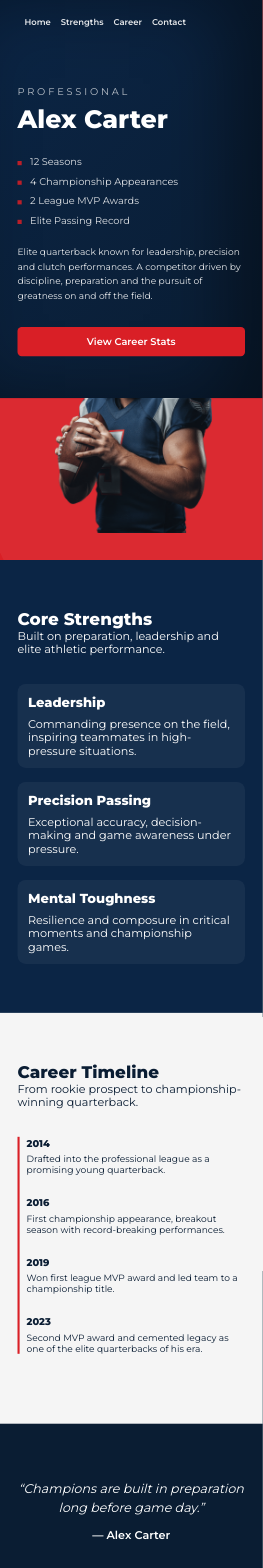
Repository: davidfsillva/Alex-Carter
Page: index.html
The author's editor kept a copy of each file at every save. The page is drawn from the files as they stood at one save, then again after a run of saves.
The browser window is 375 px wide. The pictures show the part of the page from y = 0 to 2240 px (the page is 2624 px tall before and 2630 px after), at 70% of full size.

Above is the page before, as saved 2026-02-12 14:49:00.

### index.html
<!DOCTYPE html>
<html lang="en">
<head>
  <meta charset="UTF-8" />
  <meta name="viewport" content="width=device-width, initial-scale=1.0"/>
  <title>Alex Carter | Professional Quarterback</title>
  <link rel="stylesheet" href="style.css" />
  <link rel="preconnect" href="https://fonts.googleapis.com">
  <link rel="preconnect" href="https://fonts.gstatic.com" crossorigin>
  <link href="https://fonts.googleapis.com/css2?family=Montserrat:wght@400;600;800&display=swap" rel="stylesheet">
</head>
<body>

<!-- NAVBAR -->
<header class="navbar">
  <nav>
    <a href="#">Home</a>
    <a href="#skills">Strengths</a>
    <a href="#career">Career</a>
    <a href="#contact">Contact</a>
  </nav>
</header>

<!-- HERO -->
<section class="hero">
  <div class="hero-left">
    <span class="tag">PROFESSIONAL</span>
    <h1>Alex Carter</h1>

    <ul class="stats">
      <li>12 Seasons</li>
      <li>4 Championship Appearances</li>
      <li>2 League MVP Awards</li>
      <li>Elite Passing Record</li>
    </ul>

    <p class="description">
      Elite quarterback known for leadership, precision and clutch performances.
      A competitor driven by discipline, preparation and the pursuit of greatness
      on and off the field.
    </p>

    <button class="cta" onclick="window.location.href='Alex_Carter_Stats.pdf'">
      View Career Stats
    </button>

  </div>

  <div class="hero-right">
    <img src="img/spbw.png" alt="Alex Carter Quarterback">
  </div>
</section>

<!-- STRENGTHS SECTION -->
<section id="skills" class="section dark">
  <div class="container">
    <h2>Core Strengths</h2>
    <p>Built on preparation, leadership and elite athletic performance.</p>

    <div class="grid">
      <div class="card">
        <h3>Leadership</h3>
        <p>Commanding presence on the field, inspiring teammates in high-pressure situations.</p>
      </div>

      <div class="card">
        <h3>Precision Passing</h3>
        <p>Exceptional accuracy, decision-making and game awareness under pressure.</p>
      </div>

      <div class="card">
        <h3>Mental Toughness</h3>
        <p>Resilience and composure in critical moments and championship games.</p>
      </div>
    </div>
  </div>
</section>

<!-- CAREER SECTION -->
<section id="career" class="section light">
  <div class="container">
    <h2>Career Timeline</h2>

    <p>From rookie prospect to championship-winning quarterback.</p>

    <div class="timeline">
      <div class="timeline-item">
        <h4>2014</h4>
        <p>Drafted into the professional league as a promising young quarterback.</p>
      </div>

      <div class="timeline-item">
        <h4>2016</h4>
        <p>First championship appearance, breakout season with record-breaking performances.</p>
      </div>

      <div class="timeline-item">
        <h4>2019</h4>
        <p>Won first league MVP award and led team to a championship title.</p>
      </div>

      <div class="timeline-item">
        <h4>2023</h4>
        <p>Second MVP award and cemented legacy as one of the elite quarterbacks of his era.</p>
      </div>
    </div>
  </div>
</section>

<!-- QUOTE SECTION -->
<section class="quote">
  <div class="container">
    <blockquote>
      “Champions are built in preparation long before game day.”
    </blockquote>
    <span>— Alex Carter</span>
  </div>
</section>

<!-- CONTACT SECTION -->
<section id="contact" class="section dark">
  <div class="container">
    <h2>Contact & Media</h2>
    <p>For sponsorships, interviews or partnership opportunities, get in touch.</p>
    <button class="cta" onclick="window.location.href='mailto:alexcarter@agency.com'">
      Contact Management
    </button>
  </div>
</section>

<!-- FOOTER -->
<footer class="footer">
  <p>© 2026 Alex Carter | Professional Quarterback</p>
</footer>

<script src="scripts.js"></script>
</body>
</html>

### style.css
/* =====================
   RESET E FONTES
===================== */
* {
  margin: 0;
  padding: 0;
  box-sizing: border-box;
  font-family: 'Montserrat', sans-serif;
}

body {
  background: #6b7c86;
  color: #fff;
}

/* =====================
   NAVBAR
===================== */
.navbar {
  position: absolute;
  top: 0;
  width: 100%;
  padding: 30px 60px;
  display: flex;
  justify-content: space-between;
  align-items: center;
  z-index: 10;
}

.navbar .logo {
  color: #fff;
  font-weight: 800;
  font-size: 22px;
  letter-spacing: 2px;
}

.navbar nav a {
  color: #fff;
  text-decoration: none;
  margin-left: 30px;
  font-weight: 600;
  opacity: 0.9;
  transition: 0.3s ease;
}

.navbar nav a:hover {
  opacity: 1;
  color: #d91f26;
}

/* =====================
   HERO SECTION
===================== */
.hero {
  background: #d91f26;
  display: flex;
  height: 100vh;
  overflow: hidden;
}

/* HERO LEFT */
.hero-left {
  width: 55%;
  background: linear-gradient(135deg, #0b2545, #0a1d33);
  padding: 140px 80px;
  color: #fff;
  position: relative;
  box-shadow: inset -50px 0 100px rgba(0,0,0,0.4);

  clip-path: polygon(0 0, 96% 0, 90% 100%, 0% 100%);
}


.hero-left .tag {
  letter-spacing: 4px;
  font-size: 14px;
  opacity: 0.7;
}

.hero-left h1 {
  font-size: 85px;
  font-weight: 800;
  margin: 10px 0 30px;
  line-height: 0.9;
}

.stats {
  list-style: none;
  margin-bottom: 25px;
}

.stats li {
  margin-bottom: 10px;
  font-size: 15px;
  opacity: 0.85;
  position: relative;
  padding-left: 18px;
}

.stats li::before {
  content: "";
  width: 6px;
  height: 6px;
  background: #d91f26;
  position: absolute;
  left: 0;
  top: 8px;
}

.description {
  max-width: 420px;
  font-size: 15px;
  margin-bottom: 35px;
  opacity: 0.9;
  line-height: 1.6;
}

.cta {
  background: #d91f26;
  border: none;
  padding: 14px 36px;
  color: #fff;
  font-weight: 600;
  cursor: pointer;
  transition: all 0.3s ease;
  border-radius: 6px;
}

.cta:hover {
  transform: translateY(-4px);
  box-shadow: 0 10px 25px rgba(217, 31, 38, 0.4);
}

/* Scroll Indicator */
.scroll {
  position: absolute;
  bottom: 40px;
  font-size: 12px;
  letter-spacing: 3px;
  opacity: 0.6;
}

/* HERO RIGHT */
.hero-right {
  width: 45%;
  background: #d91f26;
  display: flex;
  align-items: flex-end;
  justify-content: center;
  position: relative;
  overflow: hidden;

}


.hero-right::before {
  content: "";
  position: absolute;
  width: 600px;
  height: 600px;
  background: rgba(255,255,255,0.05);
  border-radius: 50%;
  top: -200px;
  right: -200px;
}

.hero-right img {
  height: 110%;
  width: auto;
  object-fit: contain;
  align-self: flex-end;
  animation: float 5s ease-in-out infinite;
  position: relative;
  z-index: 2;
}

/* Floating animation */
@keyframes float {
  0% { transform: scale(1); }
  50% { transform: scale(1.02); }
  100% { transform: scale(1); }
}

/* =====================
   SECTIONS (GENERIC)
===================== */
.section {
  padding: 100px 80px;
}

.section.dark {
  background: #0b2545;
  color: #fff;
}

.section.light {
  background: #f5f5f5;
  color: #0a1d33;
}

.container {
  max-width: 1200px;
  margin: 0 auto;
}

/* GRID CARDS */
.grid {
  display: grid;
  grid-template-columns: repeat(auto-fit, minmax(250px, 1fr));
  gap: 30px;
  margin-top: 40px;
}

.card {
  background: rgba(255,255,255,0.05);
  padding: 25px;
  border-radius: 12px;
  transition: transform 0.3s ease, box-shadow 0.3s ease;
}

.card:hover {
  transform: translateY(-5px);
  box-shadow: 0 10px 25px rgba(0,0,0,0.2);
}

.card h3 {
  margin-bottom: 10px;
}

/* TIMELINE */
.timeline {
  margin-top: 40px;
  border-left: 3px solid #d91f26;
  padding-left: 20px;
}

.timeline-item {
  margin-bottom: 30px;
}

.timeline-item h4 {
  margin-bottom: 5px;
}

/* QUOTE */
.quote {
  text-align: center;
  padding: 80px 20px;
  background: #0a1d33;
}

.quote blockquote {
  font-size: 22px;
  font-style: italic;
  max-width: 700px;
  margin: 0 auto 15px;
  line-height: 1.5;
}

.quote span {
  display: block;
  font-weight: 600;
  margin-top: 10px;
}

#contact .cta {
  margin-top: 25px; /* aumenta o espaço entre o texto e o botão */
}


/* FOOTER */
.footer {
  text-align: center;
  padding: 25px 0;
  background: #0b2545;
  font-size: 14px;
  opacity: 0.8;
}

/* =====================
   RESPONSIVO MOBILE
===================== */
@media (max-width: 900px) {

  .hero {
    flex-direction: column;
    min-height: auto;
  }

  .hero-left,
  .hero-right {
    width: 100%;
    clip-path: none; /* remove corte diagonal no mobile */
  }

  .hero-left {
    padding: 120px 25px 60px 25px;
    text-align: left;
  }

  .hero-left h1 {
    font-size: 52px;
    line-height: 1.1;
  }

  .stats li {
    font-size: 14px;
  }

  .description {
    max-width: 100%;
    font-size: 14px;
  }

  .cta {
    width: 100%;
    padding: 16px;
  }

  .hero-right {
    justify-content: center;
    align-items: center;
    padding-bottom: 40px;
  }

  .hero-right img {
    width: 85%;
    height: auto;
    max-height: 500px;
    margin: 0 auto;
  }

  .section {
    padding: 70px 25px;
  }

  .grid {
    grid-template-columns: 1fr;
  }

  .timeline {
    padding-left: 15px;
  }

  .quote blockquote {
    font-size: 18px;
  }

  .navbar {
    padding: 20px 25px;
  }

  .navbar nav a {
    margin-left: 15px;
    font-size: 14px;
  }
}
@media (max-width: 600px) {
  .hero-left h1 {
    font-size: 36px;
    line-height: 1.2;
  }

  .description {
    font-size: 13px;
  }

  .cta {
    font-size: 14px;
    padding: 12px;
  }

  .hero-right img {
    width: 90%;
    max-height: 350px;
  }
}

@media (max-width: 500px) {
  .navbar nav a {
    font-size: 12px;
    margin-left: 10px;
  }
  .grid {
    gap: 20px;
  }

  .card {
    padding: 15px;
  }

  .timeline {
    padding-left: 10px;
  }

  .timeline-item h4 {
    font-size: 14px;
  }

  .timeline-item p {
    font-size: 13px;
  }
}

### scripts.js
// =============================
// ANIMAÇÃO DE ENTRADA HERO LEFT
// =============================
window.addEventListener("load", () => {
  const heroLeft = document.querySelector(".hero-left");

  // Estado inicial antes da animação
  heroLeft.style.opacity = 0;
  heroLeft.style.transform = "translateX(-40px)";

  // Adiciona animação após pequeno delay
  setTimeout(() => {
    heroLeft.style.transition = "opacity 0.8s ease, transform 0.8s ease";
    heroLeft.style.opacity = 1;
    heroLeft.style.transform = "translateX(0)";
  }, 300);
});

// =============================
// ANIMAÇÃO OPCIONAL PARA BOTÃO CTA
// =============================
const ctaButton = document.querySelector(".cta");

ctaButton.addEventListener("mouseenter", () => {
  ctaButton.style.transform = "scale(1.05)";
});

ctaButton.addEventListener("mouseleave", () => {
  ctaButton.style.transform = "scale(1)";
});

After the next 3 saves:
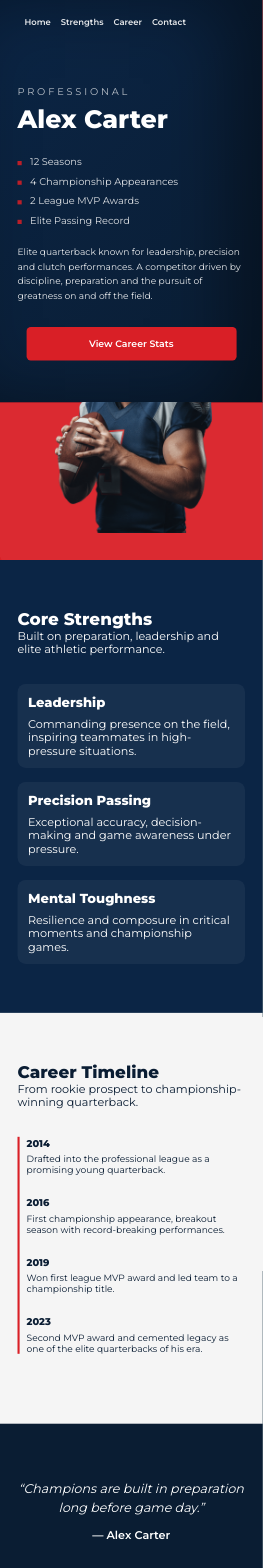
The 3 saves are shown as one change because they came seconds apart.
The last was saved 27 s later.
--- a/style.css
+++ b/style.css
@@ -366,9 +366,12 @@
   }
 
   .cta {
-    font-size: 14px;
-    padding: 12px;
-  }
+    max-width: 300px;
+    margin: 0 auto;
+    display: block;
+    text-align: center;
+  }
+
 
   .hero-right img {
     width: 90%;
